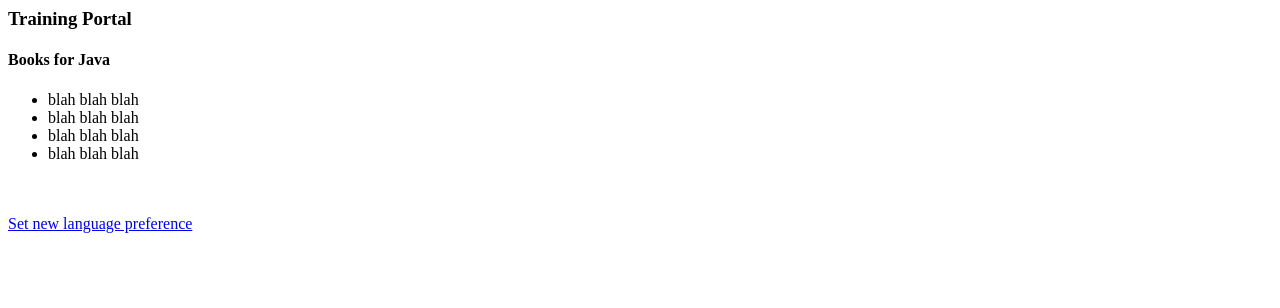
Repository: xiaoliu-lucy/JSP
Page: http://localhost/jspdemo/cookies-home.jsp
These files come from the project's save history. The page is drawn as it stood at one moment and after the next save; the edit follows.
The browser window is 1280 px wide. The pictures show the whole page.
The page is served by Tomcat 9. Other server files are loaded and not shown.

Above is the page before, as saved 2017-08-13 00:06:54.

### jspdemo/WebContent/cookies-home.jsp
<html>
<body>
<h3>Training Portal</h3>
<!-- Read the favorite language cookie -->
<%
	// The default
	String favLang = "Java";
	// Get cookie from browser request
	Cookie[] theCookies = request.getCookies();
	//Find favorite language cookie
	if (theCookies != null) {
		for (Cookie tmpCookie : theCookies) {
			if ("myApp.favoriteLanguage".equals(tmpCookie.getName())) {
				favLang = tmpCookie.getValue();
				out.println(favLang);
				break;
			}
		}
	}
%>
<!-- Show books for this language -->
<h4>Books for <%= favLang %> </h4>
<ul>
	<li>blah blah blah</li>
	<li>blah blah blah</li>
	<li>blah blah blah</li>
	<li>blah blah blah</li>
</ul>
<br/><br/>
<a href = "cookies-personalize.html">Set new language preference</a>
</body>
</html>

After the next save:
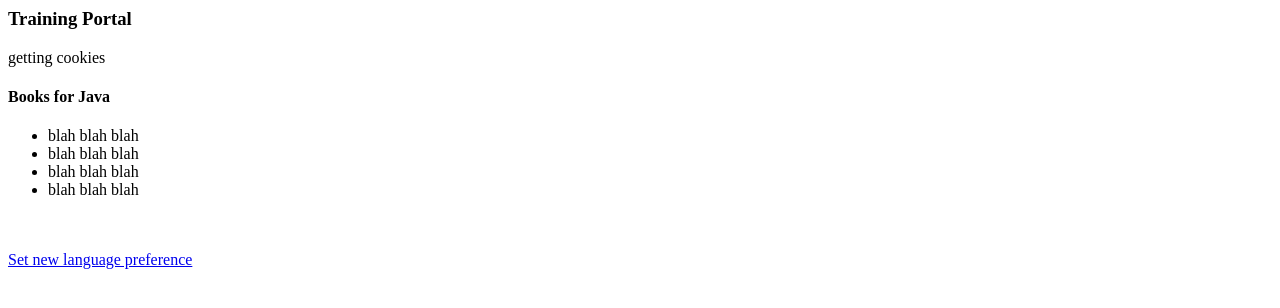
Saved 3 min 2 s later.
--- a/jspdemo/WebContent/cookies-home.jsp
+++ b/jspdemo/WebContent/cookies-home.jsp
@@ -7,6 +7,7 @@
 	String favLang = "Java";
 	// Get cookie from browser request
 	Cookie[] theCookies = request.getCookies();
+	out.println("getting cookies");
 	//Find favorite language cookie
 	if (theCookies != null) {
 		for (Cookie tmpCookie : theCookies) {
